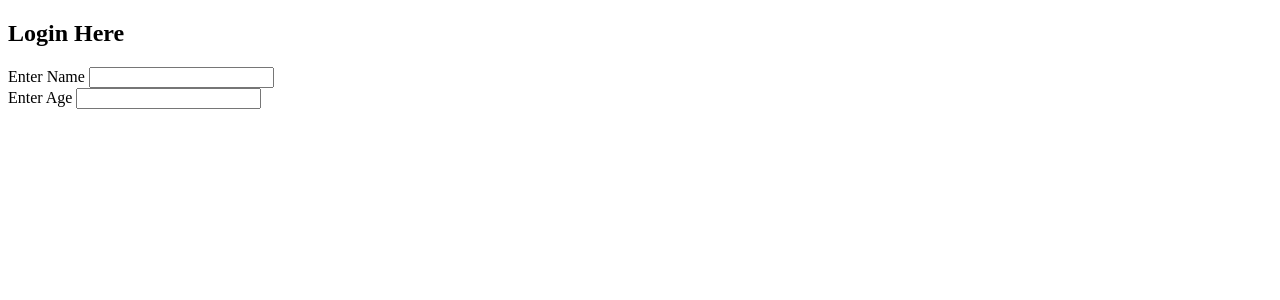
Repository: Mehakbatra496/Eclipse-Workspace
Page: A1_PracticeWebApp/src/main/webapp/index.html
These files come from the project's save history. The page is drawn as it stood at one moment and after the next save; the edit follows.
The browser window is 1280 px wide. The pictures show the whole page.

Above is the page before, as saved 2024-04-21 13:12:59.

After the next save:
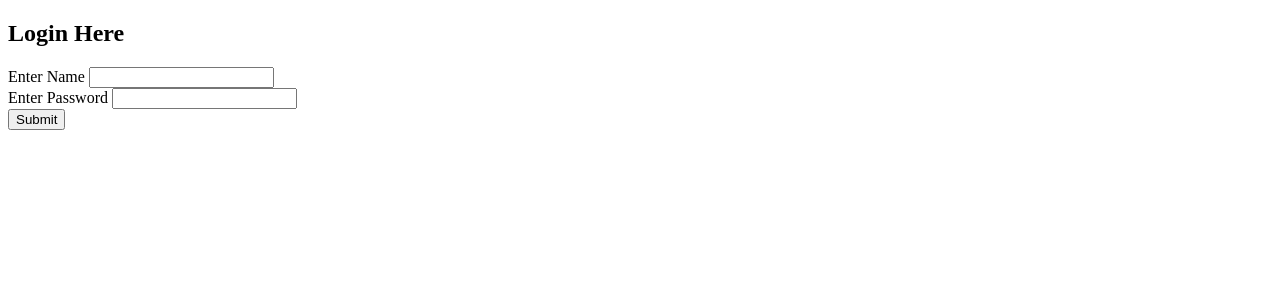
Saved 41 s later.
--- a/A1_PracticeWebApp/src/main/webapp/index.html
+++ b/A1_PracticeWebApp/src/main/webapp/index.html
@@ -15,9 +15,14 @@
 
 	<br>
 
-		<label>Enter Age</label>
+		<label>Enter Password</label>
 
-		<input type="text" name="email1"/>
+		<input type="text" name="pass1"/>
+
+		<br>
+
+		<button>Submit</button>
+
 
 	</form>
 
